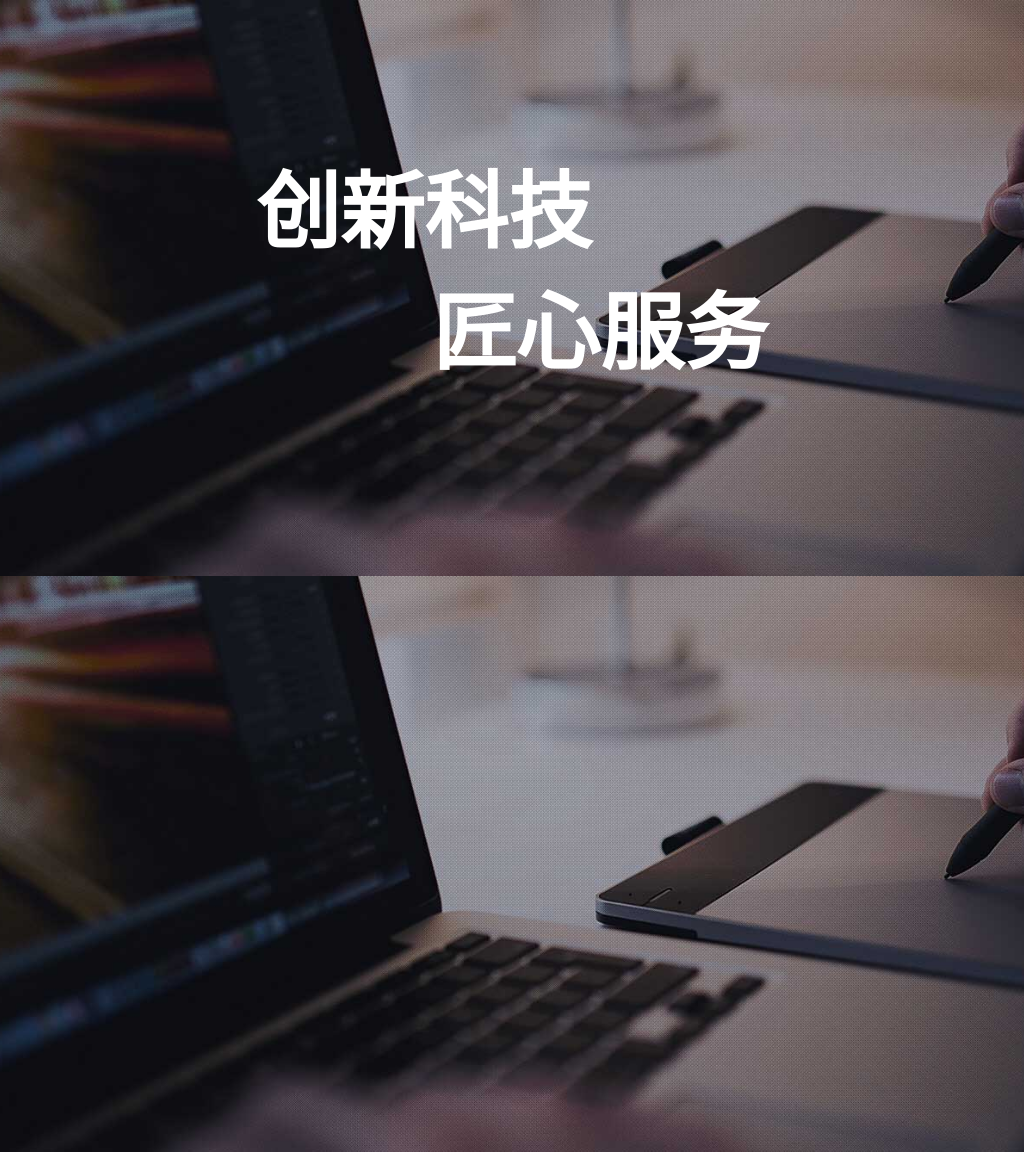
Repository: Burgess-zyl/project
Page: index.html
These files come from the project's save history. The page is drawn as it stood at one moment and after the next save; the edit follows.
The browser window is 1280 px wide. The pictures show the whole page, at 80% of full size.
Backgrounds fixed to the window are drawn as part of the page.

Above is the page before, as saved 2018-08-13 17:00:51.

### index.html
<!DOCTYPE html>
<html lang="en">
<head>
    <meta charset="UTF-8">
    <meta name="viewport" content="width=device-width, initial-scale=1.0">
    <meta http-equiv="X-UA-Compatible" content="ie=edge">
    <title>视差滚动</title>
    <style>
        * {
            padding: 0px;
            margin: 0px;
            box-sizing: border-box;
        }
        .c {
            position: absolute;
            top: 0;
            right: 0;
            bottom: 0;
            left: 0;
            margin: auto;
        }
        .c.one {
            width: 50%;
            height: 50%;
            font-size: 70px;
            color: #fff;
        }
        .t-l{
            text-align: left;
        }
        .t-r{
            text-align: right;
        }
        .b-img {
            height: 100vh;
            background-image: url('./img/banner1.jpg');
            background-size:cover;
            background-position: 50% 50%;
            background-attachment: fixed;
            text-align: center;
        }
    </style>
</head>
<body>
    <section class="b-img">
        <div class="c one">
            <h1 class="t-l">创新科技</h1>
            <h1 class="t-r">匠心服务</h1>
        </div>
    </section>
    <section class="b-img"></section>
</body>
</html>

After the next save:
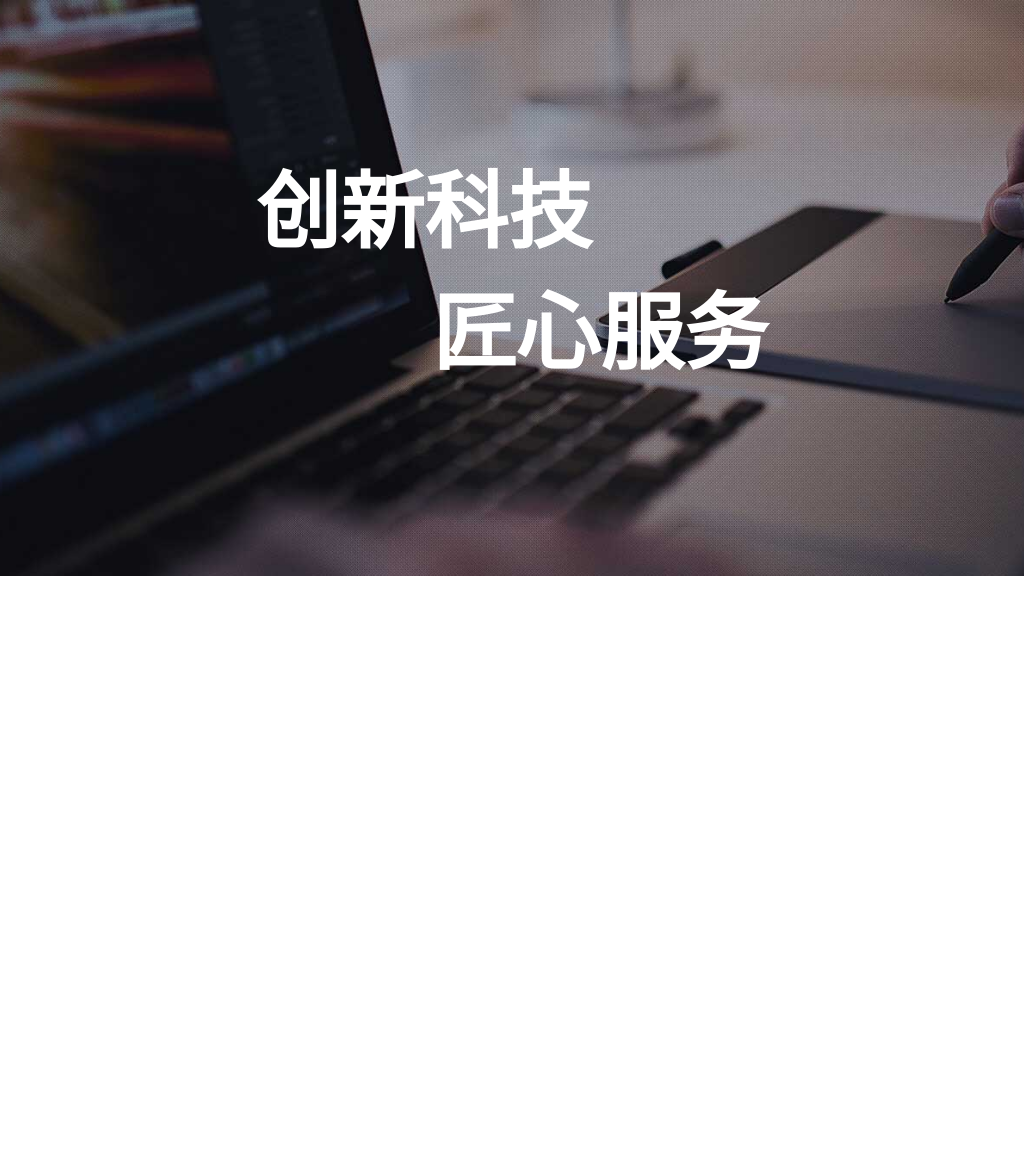
Saved 32 s later.
--- a/index.html
+++ b/index.html
@@ -33,16 +33,18 @@
         }
         .b-img {
             height: 100vh;
-            background-image: url('./img/banner1.jpg');
             background-size:cover;
             background-position: 50% 50%;
             background-attachment: fixed;
             text-align: center;
         }
+        .img1 {
+            background-image: url('./img/banner1.jpg');
+        }
     </style>
 </head>
 <body>
-    <section class="b-img">
+    <section class="b-img img1">
         <div class="c one">
             <h1 class="t-l">创新科技</h1>
             <h1 class="t-r">匠心服务</h1>
